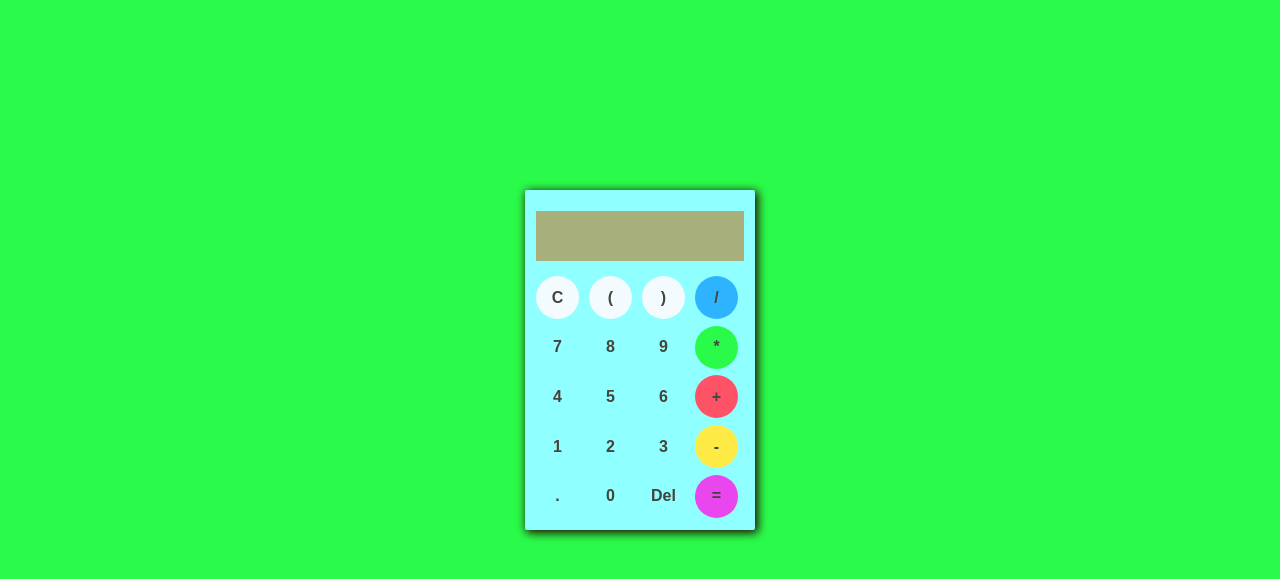
Repository: ServerK001/CalcJsVanilha
Page: index.html
These files come from the project's save history. The page is drawn as it stood at one moment and after the next save; the edit follows.
The browser window is 1280 px wide. The pictures show the whole page.

Above is the page before, as saved 2022-02-15 18:33:34.

### index.html
<!DOCTYPE html>
<html lang="pt-br">
<head>
    <meta charset="UTF-8">
    <meta http-equiv="X-UA-Compatible" content="IE=edge">
    <meta name="viewport" content="width=device-width, initial-scale=1.0">
    <script src="index.js" ></script>
    <link rel="stylesheet" href="style.css">


    <title>Calculadora</title>
</head>
<body>

        <section class="conteiner">


            <table class="calculadora">
                <tr>
                    <td colspan="4"><input type="text" class="display"></td>
                </tr>

                <tr>
                    <td><button class="btn btn_1 btn-clear">C</button></td>
                    <td><button class="btn btn_1 btn-num">(</button></td>
                    <td><button class="btn btn_1 btn-num">)</button></td>
                    <td><button class="btn btn_2 btn-num">/</button></td>
                </tr>

                <tr>
                    <td><button class="btn btn-num">7</button></td>
                    <td><button class="btn btn-num">8</button></td>
                    <td><button class="btn btn-num">9</button></td>
                    <td><button class="btn btn_3 btn-num">*</button></td>
                </tr>
                <tr>
                    <td><button class="btn btn-num">4</button></td>
                    <td><button class="btn btn-num">5</button></td>
                    <td><button class="btn btn-num">6</button></td>
                    <td><button class="btn btn_4 btn-num">+</button></td>
                </tr>
                <tr>
                    <td><button class="btn btn-num">1</button></td>
                    <td><button class="btn btn-num">2</button></td>
                    <td><button class="btn btn-num">3</button></td>
                    <td><button class="btn btn_5 btn-num">-</button></td>
                </tr>
                <tr>
                    <td><button class="btn  btn-num">.</button></td>
                    <td><button class="btn btn-num">0</button></td>
                    <td><button class="btn btn-del">Del</button></td>
                    <td><button class="btn btn_6 btn-num">=</button></td>
                </tr>

            </table>


        </section>

</body>
</html>

### index.js
console.log('Olá mundo')

### style.css
@font-face { font-family: DisplayOFT;
    src: url('./font/DisplayOTF.otf'); }

:root{
    --btn: #44443c;
    --font-display:#435338;
    --displayBG:#a7af7c;
    --bgCalc:#90FFFF;
    --bgConteiner:#5b5b5b;

    /*Bootuns Colors*/

    --btn_1:#F4FBFF;
    --btn_2:#2EB4FF;
    --btn_3:#2AFB4B;
    --btn_4:#FE5367;
    --btn_5:#FDEA44;
    --btn_6:#EA46ED;
    --btnHover: #c5e9fd;




}

.display{
    display: flex;
    align-items: center;
    justify-content: center;
    font-size: 1rem;
    width: 100%;
    height: 50px;
    text-align: right;
    font-family: "DisplayOFT";
    font-size: 1.5rem;
    color: var(--font-display);
    background-color: var(--displayBG);

        border: none;
}

input[type=text] {
    width: 100%;
    padding: 12px 20px;
    margin: 8px 0;
    box-sizing: border-box;
    transition: 0.3s;

  }
  input[type=text]:focus {
        height: 52px;

  }

.btn{
    font-size: 1rem;
    font-weight: bold;
    color:var(--btn);
    background-color: var(--bgBtn);
    padding: 0.5rem ;
    border-radius: 50%;
    align-items: center;
    border: none;
    height: 43px;
    width: 43px;
    text-align: center;
    transition: 0.3s;
}.btn:hover{
    background-color: var(--btnHover) ;
}


.calculadora{
    background-color: var(--bgCalc);
    padding: 0.5rem;
    height: 340px;
    width: 230px;
    border-radius: 2px;
    box-shadow: 2px 2px 10px 1px #240502;

}


.body{
    background-color: var(--bgConteiner);
    padding: 1rem;
}

.btn_1{background-color:var(--btn_1)}
.btn_2{background-color:var(--btn_2)}
.btn_3{background-color:var(--btn_3)}
.btn_4{background-color:var(--btn_4)}
.btn_5{background-color:var(--btn_5)}
.btn_6{background-color:var(--btn_6)}

.conteiner{
    display: flex;
    align-items: center;
    justify-content: center;
    height: 100vh;
    background-color: #2AFB4B;
}




html, body{
    box-sizing:none;
    margin: 0 auto;
    border: none;
    padding: 0;
    line-height: 1;


}

After the next save:
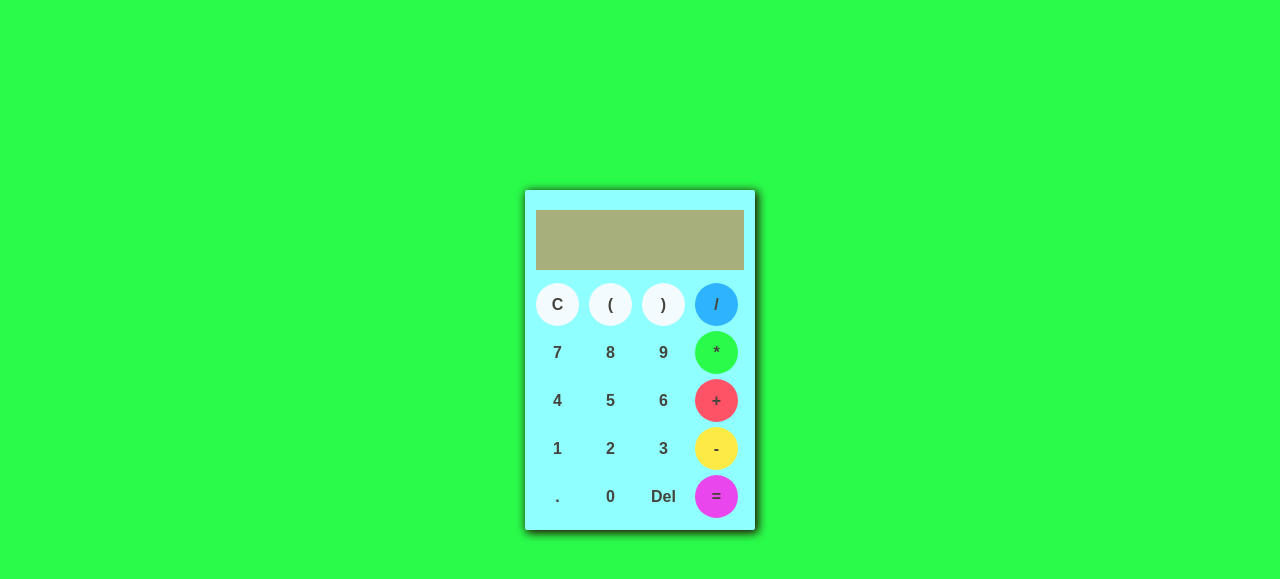
Saved 35 s later.
--- a/style.css
+++ b/style.css
@@ -29,7 +29,7 @@
     justify-content: center;
     font-size: 1rem;
     width: 100%;
-    height: 50px;
+    height: 60px;
     text-align: right;
     font-family: "DisplayOFT";
     font-size: 1.5rem;

After the 2 saves that followed:
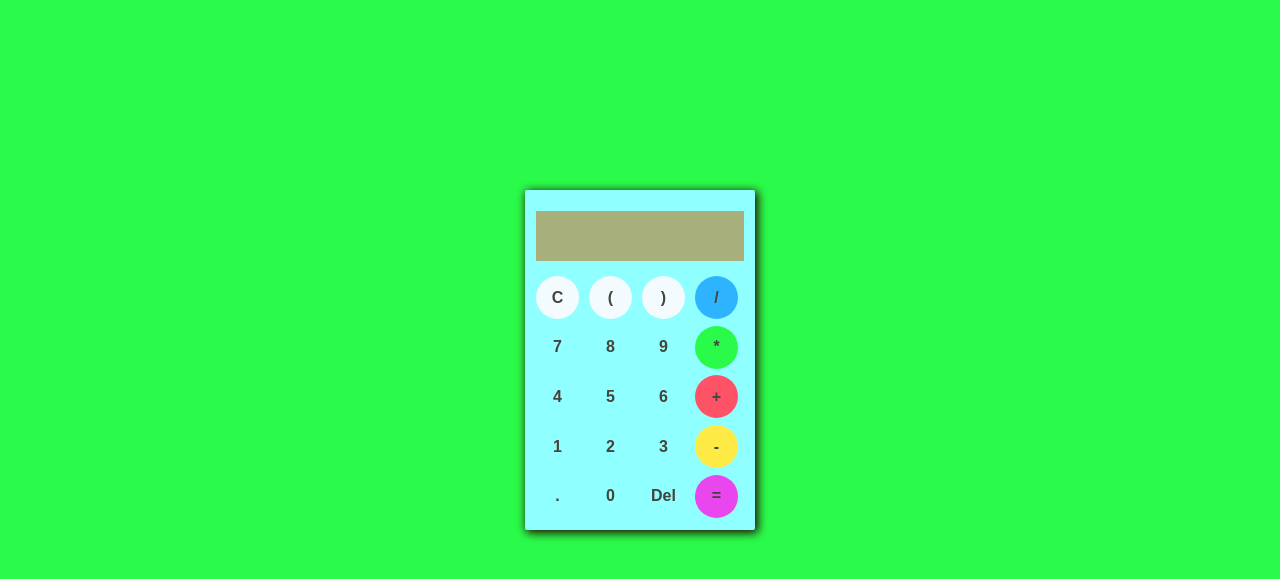
The 2 saves are shown as one change because they came seconds apart.
The last was saved 6 s later.
--- a/style.css
+++ b/style.css
@@ -29,7 +29,7 @@
     justify-content: center;
     font-size: 1rem;
     width: 100%;
-    height: 60px;
+    height: 50px;
     text-align: right;
     font-family: "DisplayOFT";
     font-size: 1.5rem;
